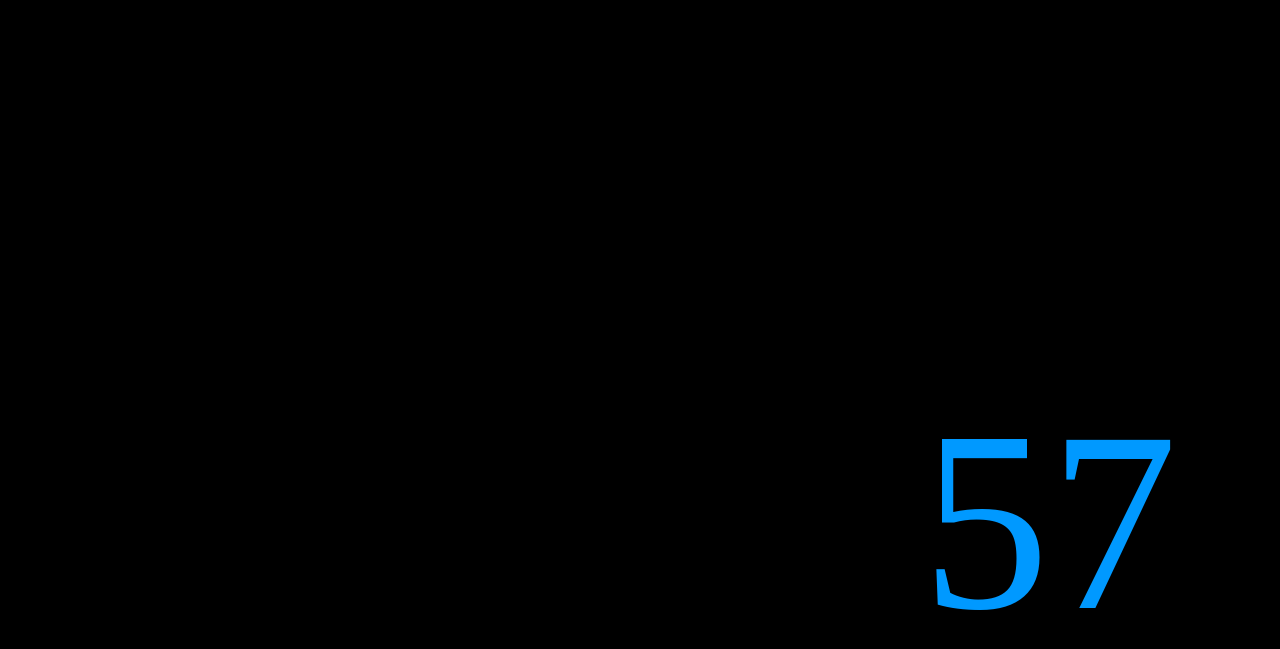
Repository: GG1627/3d-portfolio
Page: /
The author's editor kept a copy of each file at every save. The page is drawn from the files as they stood at one save, then again after the next save.
The browser window is 1280 px wide. The pictures show the whole page.
Some web fonts or font styles are not loaded; a fallback is used. The project was rebuilt for these pictures with package versions that can differ from the ones it lists, and the page was loaded fresh each time. Also part of the build but not shown: vite.config.ts.

Above is the page before, as saved 2025-01-05 19:03:18.

After the next save:
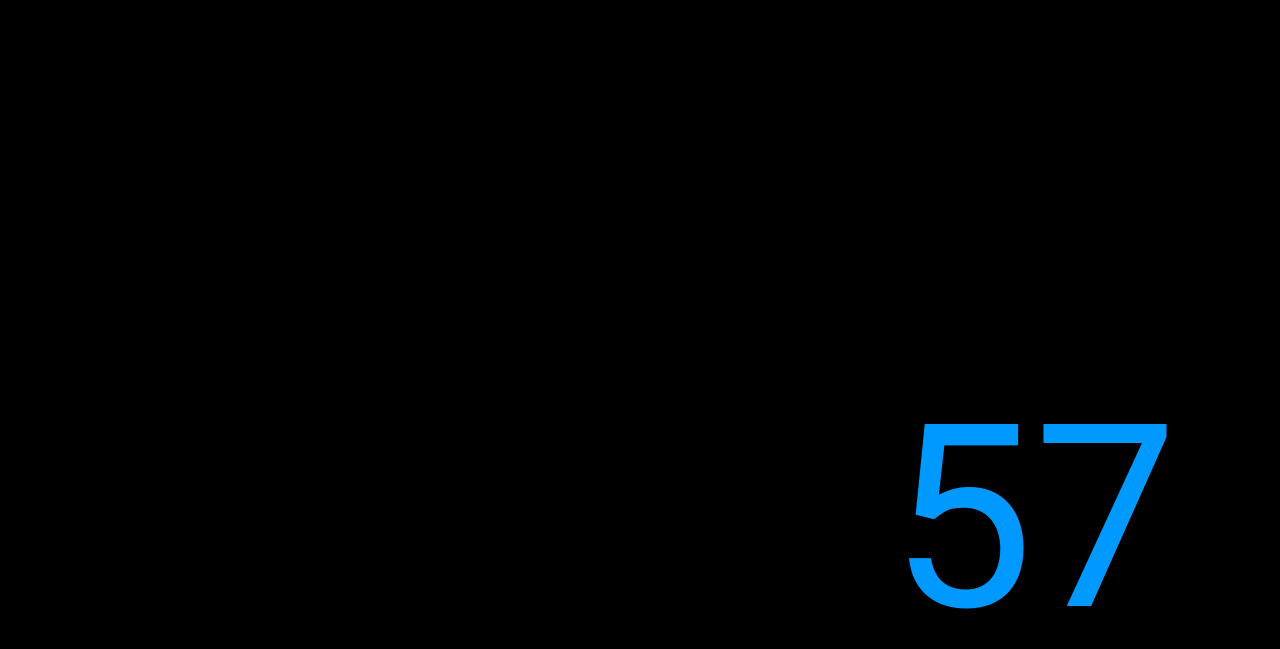
Saved 19 s later.
--- a/src/WelcomeScreen.css
+++ b/src/WelcomeScreen.css
@@ -57,7 +57,7 @@
   padding: 0.2em 0.4em;
   font-size: 20vw;
   pointer-events: none;
-  font-family: "Quantico", serif;
+  font-family: "Roboto", serif;
   font-weight: 400;
   font-style: normal;
 }
